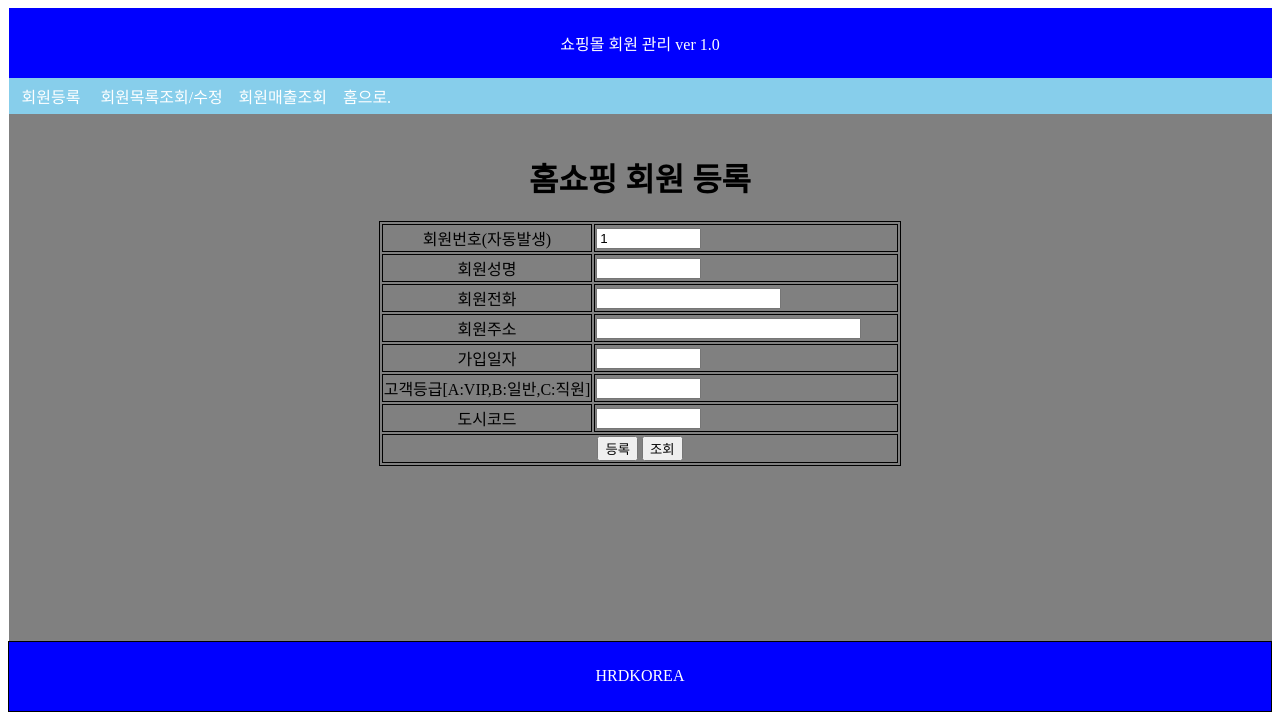
Repository: choigobin/Programming
Page: http://localhost/HRD1118/insert.jsp
These files come from the project's save history. The page is drawn as it stood at one moment and after the next save; the edit follows.
The browser window is 1280 px wide. The pictures show the whole page.
The page is served by Tomcat 9. Other server files are loaded and not shown. Queries for data that is not in the repository find no rows.

Above is the page before, as saved 2019-11-18 04:06:22.

### YangJung/workspace/HRD1118/WebContent/insert.jsp
<%@page import="java.sql.SQLException"%>
<%@page import="java.sql.DriverManager"%>
<%@page import="java.sql.ResultSet"%>
<%@page import="java.sql.PreparedStatement"%>
<%@page import="java.sql.Connection"%>
<%@ page language="java" contentType="text/html; charset=UTF-8"
    pageEncoding="UTF-8"%>
<html>
<head>
<%
Connection conn = null;
PreparedStatement pstmt = null;
ResultSet rs = null;
request.setCharacterEncoding("utf-8");
Class.forName("oracle.jdbc.OracleDriver");
conn = DriverManager.getConnection("jdbc:oracle:thin:@//localhost:1521/testdb", "scott", "1234");
int x = 1;
try{
	String sql = "select custno from member_tbl_02 order by custno desc";
	pstmt = conn.prepareStatement(sql);
	rs = pstmt.executeQuery();
	if(rs.next()){
		x=x+rs.getInt(1);
	}
}catch(SQLException e){
	System.out.print(e.getMessage());
}finally{
	if(rs!=null) rs.close();
	if(pstmt!=null) pstmt.close();
	if(conn!=null) conn.close();
}
%>
<style>
#tb1{
	height: 100%; width:100%;
	border-collapse: collapse;
	border: solid 0px;
	}
#t1{
	border: solid 0px;
	}
tr,td{
	border: solid black 1px;
	}
#tb2{
	border-collapse: separate;
	border: solid black 1px;
	}
a{
	color: white;
	text-decoration: none;
}
</style>
<script type="text/javascript">
function check1() {
	if(document.form.custname.value==""){
		alert("회원 성명이 입력되지 않았습니다.");
		document.form.custname.focus();
	}
	else{
		document.form.submit;
	}
}

</script>
<meta charset="UTF-8">
<title>Insert title here</title>
</head>
<body>
<table id="tb1">
<jsp:include page="header.jsp"/>
<jsp:include page="nav.jsp"/>
<tr id="t1">
<td id="t1" valign="top" bgcolor="gray">
<br />
<h1 align="center">홈쇼핑 회원 등록</h1>
<form name="form" method="get" action="SQL_insert.jsp">
<table id="tb2" align="center">
<tr>
	<td style="text-align: center;">
		회원번호(자동발생)
	</td>
	<td width="300">
		<input type="text" size="10" name=custno value="<%=x%>">
	</td>
</tr>
<tr>
	<td style="text-align: center;">
		회원성명
	</td>
	<td>
		<input type="text" size="10" name=custname>
	</td>
</tr>
<tr>
	<td style="text-align: center;">
		회원전화
	</td>
	<td>
		<input type="text" size="20" name=phone>
	</td>
</tr>
<tr>
	<td style="text-align: center;">
		회원주소
	</td>
	<td>
		<input type="text" size="30" name=address>
	</td>
</tr>
<tr>
	<td style="text-align: center;">
		가입일자
	</td>
	<td>
		<input type="text" size="10" name=joindate>
	</td>
</tr>
<tr>
	<td style="text-align: center;">
		고객등급[A:VIP,B:일반,C:직원]
	</td>
	<td>
		<input type="text" size="10" name=grade>
	</td>
</tr>
<tr>
	<td style="text-align: center;">
		도시코드
	</td>
	<td>
		<input type="text" size="10" name=city>
	</td>
</tr>
<tr>
<td colspan="2" style="text-align: center;" >
	<input type="submit" value="등록" onclick="javascript:check1()">
	<input type="button" value="조회" onclick="location.href='SQL_select.jsp'">
</td>
</tr>
</table>
</form>
</td>
</tr>
<jsp:include page="footer.jsp"/>
</table>
</body>
</html>

### YangJung/workspace/HRD1118/WebContent/header.jsp
<%@ page language="java" contentType="text/html; charset=UTF-8"
    pageEncoding="UTF-8"%>
<tr id="t1" height="10%">
<td id="t1" bgcolor="blue" align="center">
<span style="color: white; font-size:'20px';">쇼핑몰 회원 관리 ver 1.0</span>
</td>
</tr>

### YangJung/workspace/HRD1118/WebContent/nav.jsp
<%@ page language="java" contentType="text/html; charset=UTF-8"
    pageEncoding="UTF-8"%>
<tr id="t1" height="5%">
<td id="t1" bgcolor="skyblue" align="left">
<span style="color: white;">&nbsp&nbsp
	<a href="insert.jsp">회원등록</a> &nbsp&nbsp&nbsp
	<a href="SQL_select.jsp">회원목록조회/수정</a>&nbsp&nbsp&nbsp
	<a href="#">회원매출조회</a>&nbsp&nbsp&nbsp
	<a href="index.jsp">홈으로.</a>&nbsp&nbsp&nbsp
</span>
</td>
</tr>

### YangJung/workspace/HRD1118/WebContent/footer.jsp
<%@ page language="java" contentType="text/html; charset=UTF-8"
    pageEncoding="UTF-8"%>
<tr height="10%">
<td bgcolor="blue" align="center">
<span style="color: white;">HRDKOREA</span>
</td>
</tr>

After the next save:
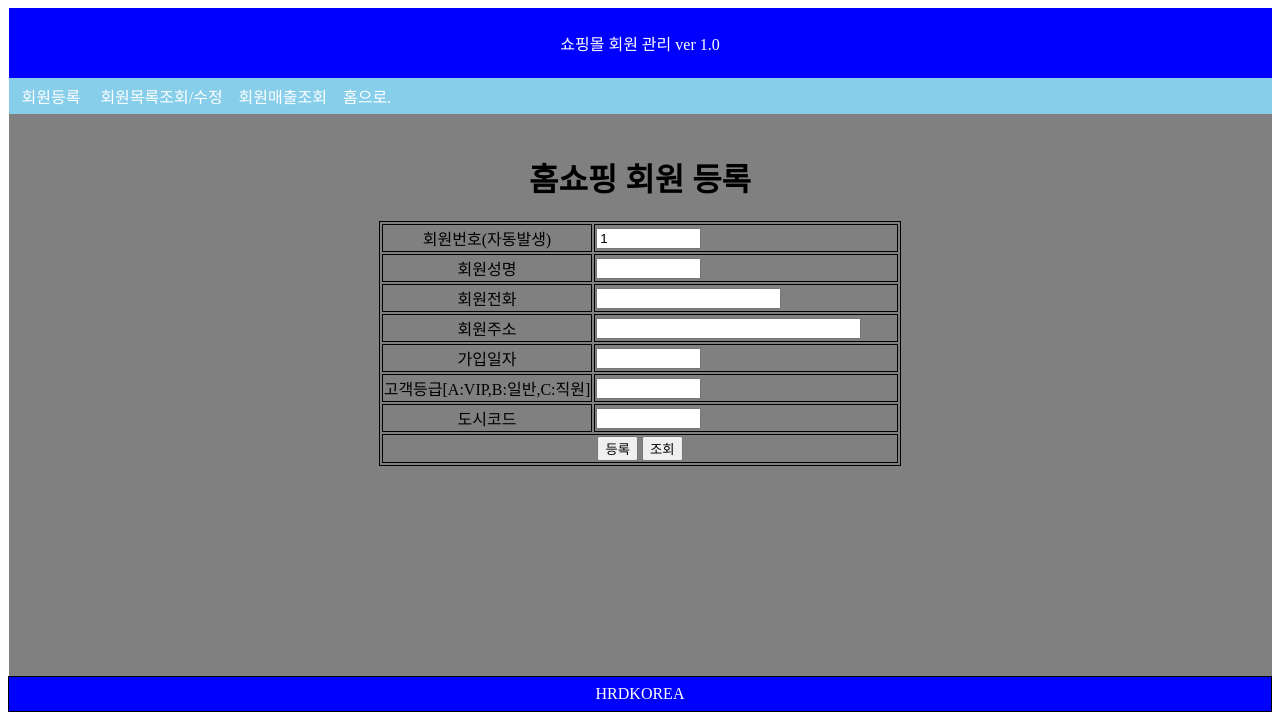
Saved 6 s later.
--- a/YangJung/workspace/HRD1118/WebContent/footer.jsp
+++ b/YangJung/workspace/HRD1118/WebContent/footer.jsp
@@ -1,6 +1,6 @@
 <%@ page language="java" contentType="text/html; charset=UTF-8"
     pageEncoding="UTF-8"%>
-<tr height="10%">
+<tr height="5%">
 <td bgcolor="blue" align="center">
 <span style="color: white;">HRDKOREA</span>
 </td>
